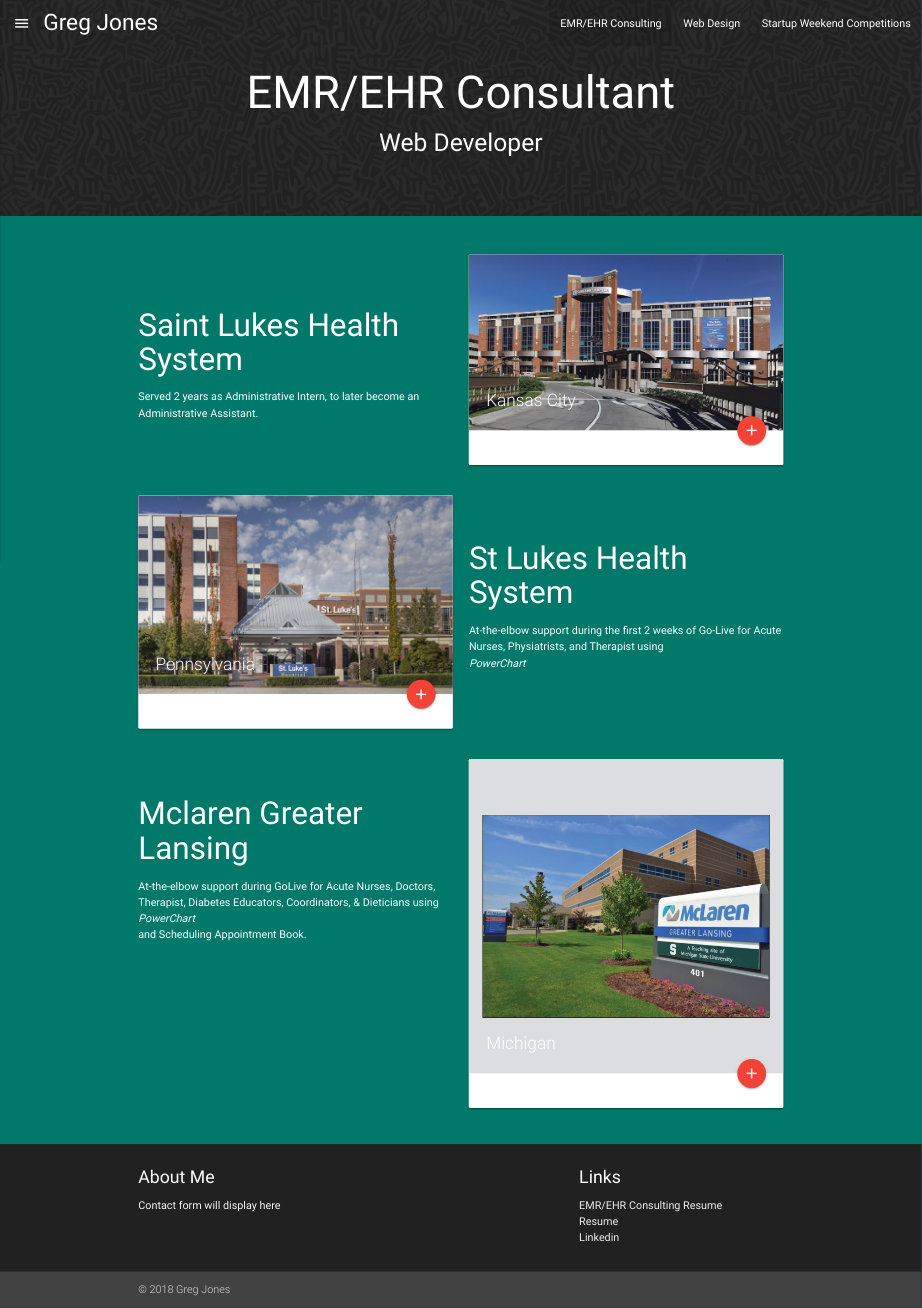
Repository: Greg919617/Existing-Portfolio
Page: index.html
The author's editor kept a copy of each file at every save. The page is drawn from the files as they stood at one save, then again after the next save.
The browser window is 1280 px wide. The pictures show the whole page, at 72% of full size.
Some web libraries are served in a nearby version.

Above is the page before, as saved 2018-06-26 21:33:43.

After the next save:
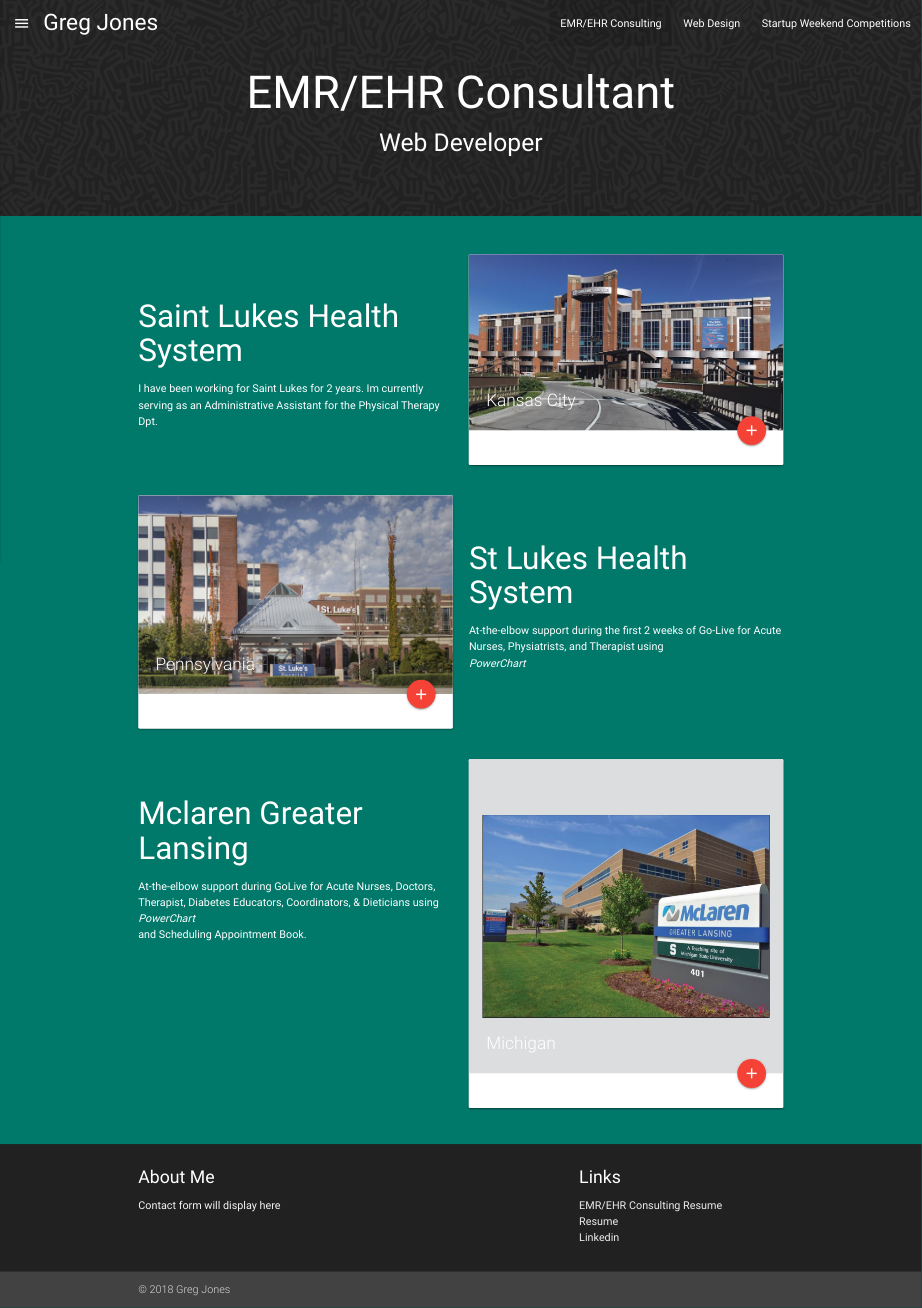
Saved 6 min 30 s later.
--- a/index.html
+++ b/index.html
@@ -58,7 +58,7 @@
         <div class="col m6 hide-on-small-only">
           <div class="img-content">
             <h3>Saint Lukes Health System</h3>
-            Served 2 years as Administrative Intern, to later become an Administrative Assistant.
+            I have been working for Saint Lukes for 2 years. Im currently serving as an Administrative Assistant for the Physical Therapy Dpt.
           </div>
         </div>
         <div class="col m6">
